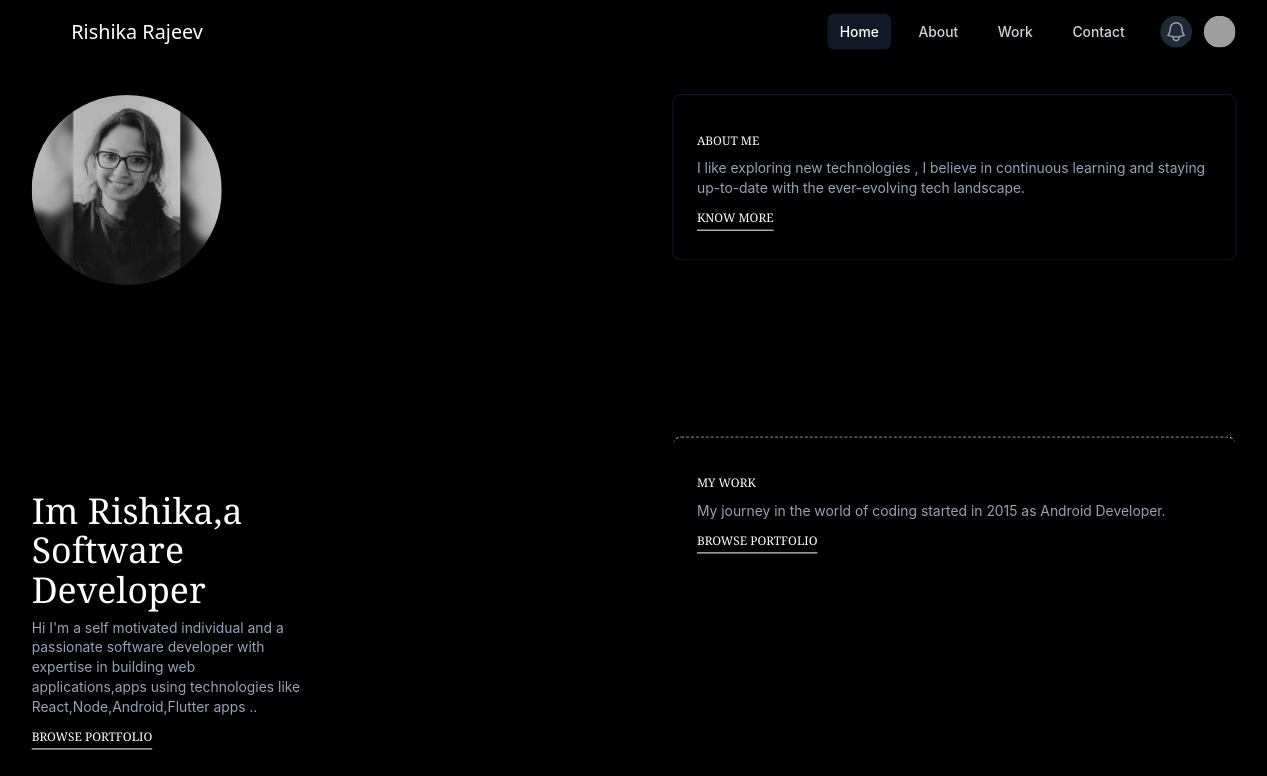
Repository: rishikarajeev/portfolio_rishika
Page: /
These files come from the project's save history. The page is drawn as it stood at one moment and after the next save; the edit follows.
The browser window is 1280 px wide. The pictures show the whole page, at 99% of full size.
Pictures or frames that could not be fetched are drawn as grey boxes. The project was rebuilt for these pictures with package versions that can differ from the ones it lists, and the page was loaded fresh each time. Also part of the build but not shown: src/Pages/About.jsx, src/Pages/Contact.jsx, src/Components/Work.jsx, src/Components/Project.jsx, src/Pages/Mywork.jsx.

Above is the page before, as saved 2023-10-23 18:37:19.

After the next save:
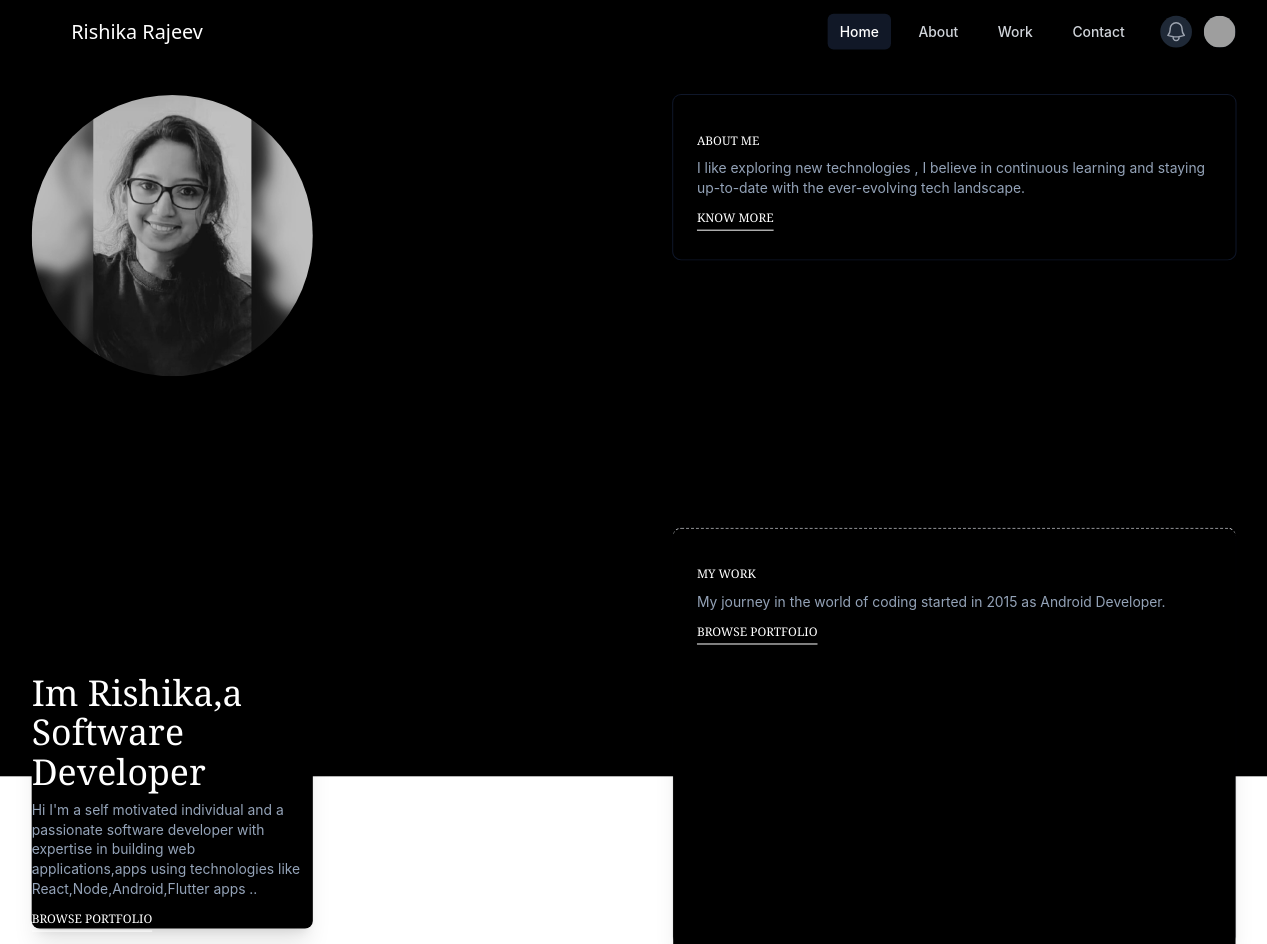
Saved 35 s later.
--- a/src/Pages/Home.jsx
+++ b/src/Pages/Home.jsx
@@ -14,7 +14,7 @@
           <div class=" md:grid md:grid-rows-2 md:gap-4 ">
             <div class="">
               <img
-                class="h-48 w-full object-cover md:h-full md:w-48 rounded-full bg-gray-800 text-sm focus:outline-none focus:ring-2"
+                class="h-48 w-full object-cover md:h-full rounded-full bg-gray-800 text-sm focus:outline-none focus:ring-2"
                 src={img}
 
               />

After the save that followed:
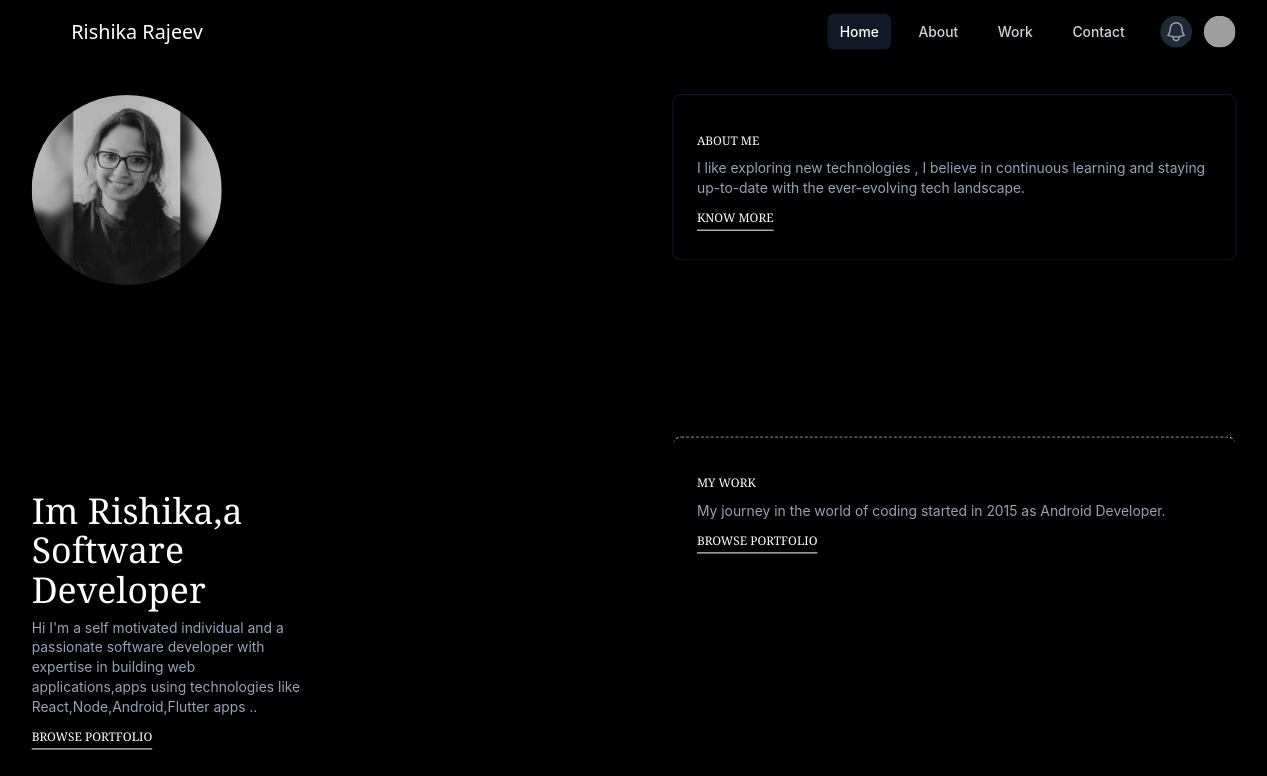
Saved 7 s later.
--- a/src/Pages/Home.jsx
+++ b/src/Pages/Home.jsx
@@ -14,7 +14,7 @@
           <div class=" md:grid md:grid-rows-2 md:gap-4 ">
             <div class="">
               <img
-                class="h-48 w-full object-cover md:h-full rounded-full bg-gray-800 text-sm focus:outline-none focus:ring-2"
+                class="h-48 w-full object-cover md:h-full md:w-48 rounded-full bg-gray-800 text-sm focus:outline-none focus:ring-2"
                 src={img}
 
               />
